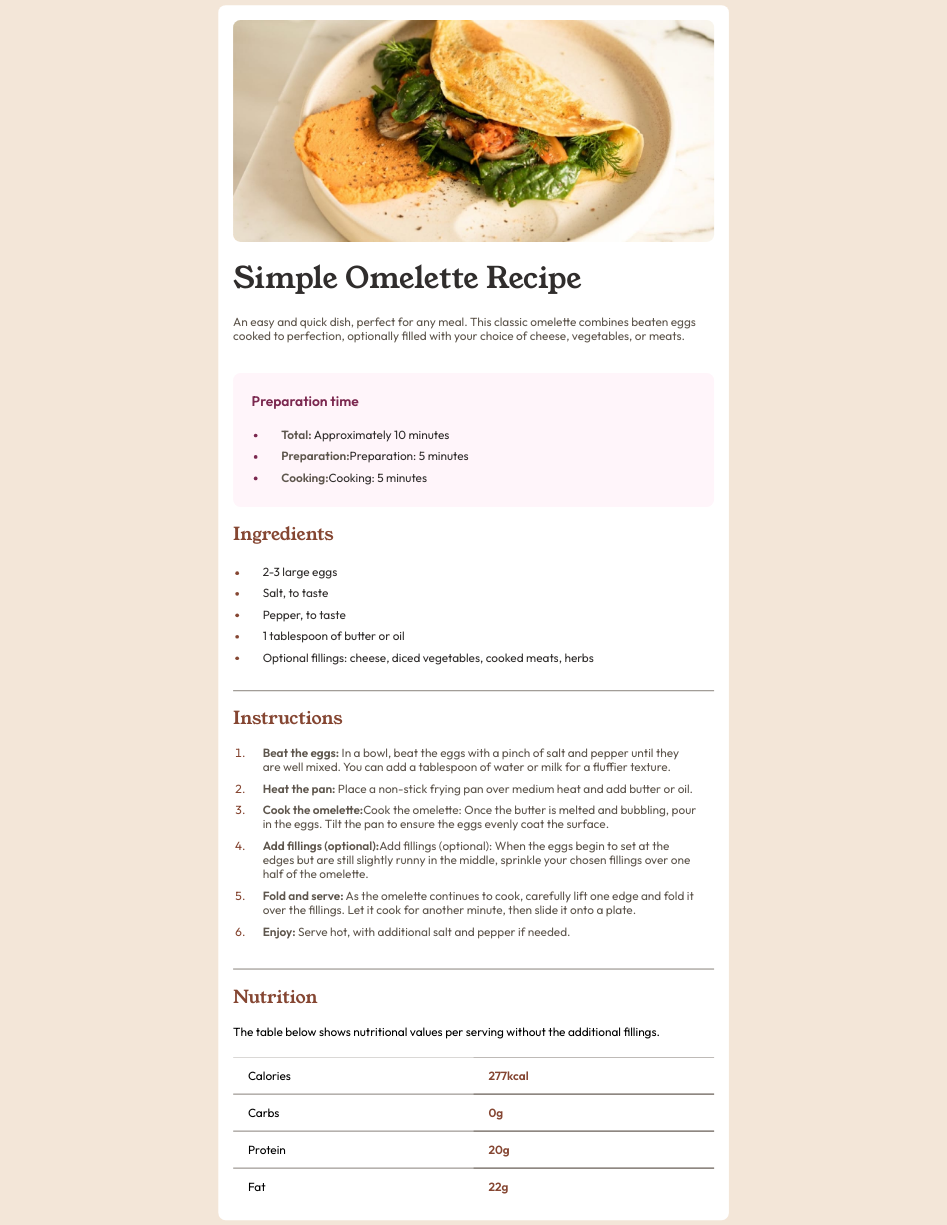
Repository: reemoon-ctrl/mine-recipe-page-main
Page: index1.html
These files come from the project's save history. The page is drawn as it stood at one moment and after a run of saves; the edit follows.
The browser window is 1280 px wide. The pictures show the whole page, at 74% of full size.

Above is the page before, as saved 2024-08-11 17:30:43.

After the next 2 saves:
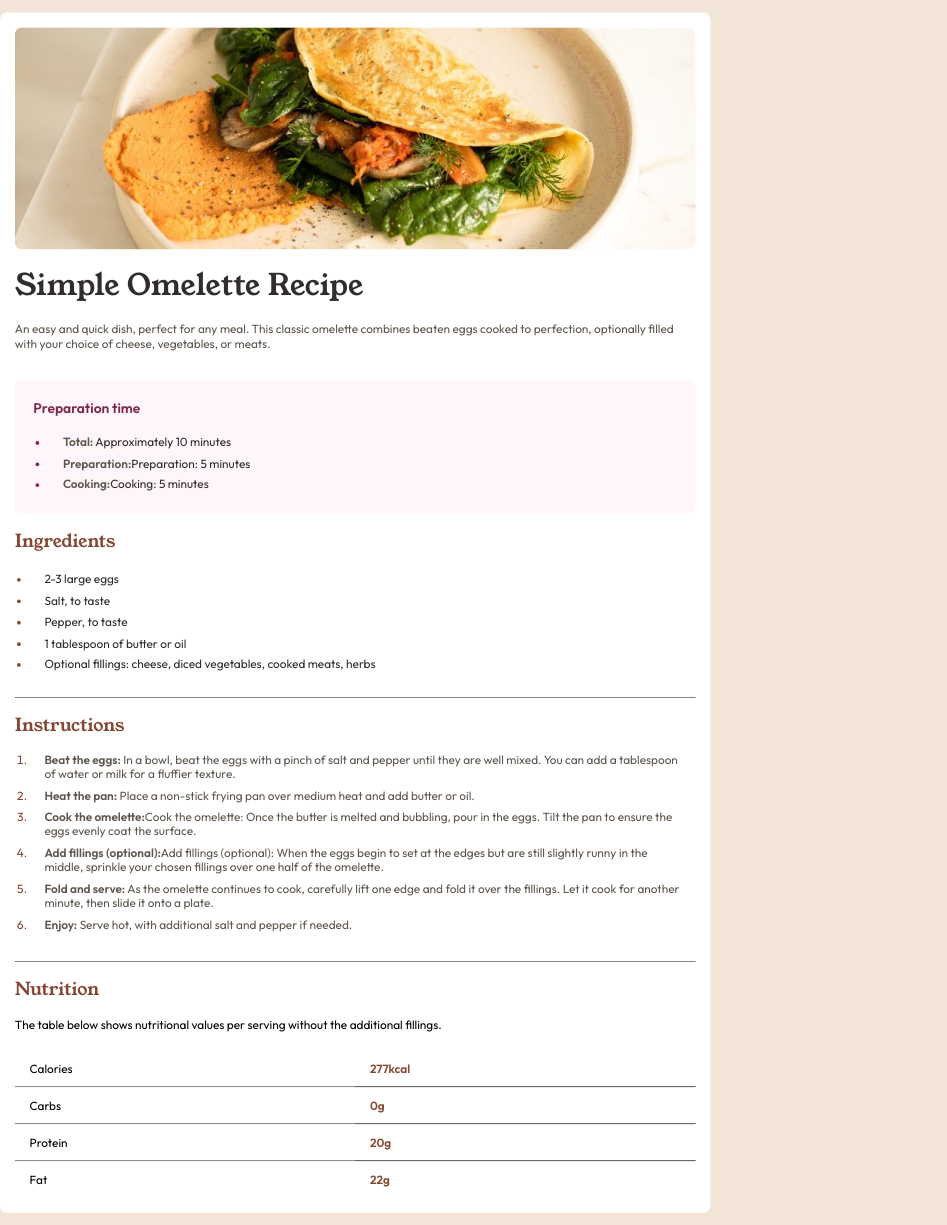
The 2 saves are shown as one change because they came seconds apart.
The last was saved 72 s later.
--- a/style.css
+++ b/style.css
@@ -29,12 +29,13 @@ h1,h2{
     border-radius: 10px;
     margin:auto;
     /* margin: auto; */
-    max-width:690px;
+
     padding: 20px;
 
 }
 .page-center{
     height: 230vh;
+    max-width:690px;
     display: grid;
     grid-template-columns: 960px;
     align-items: center;
